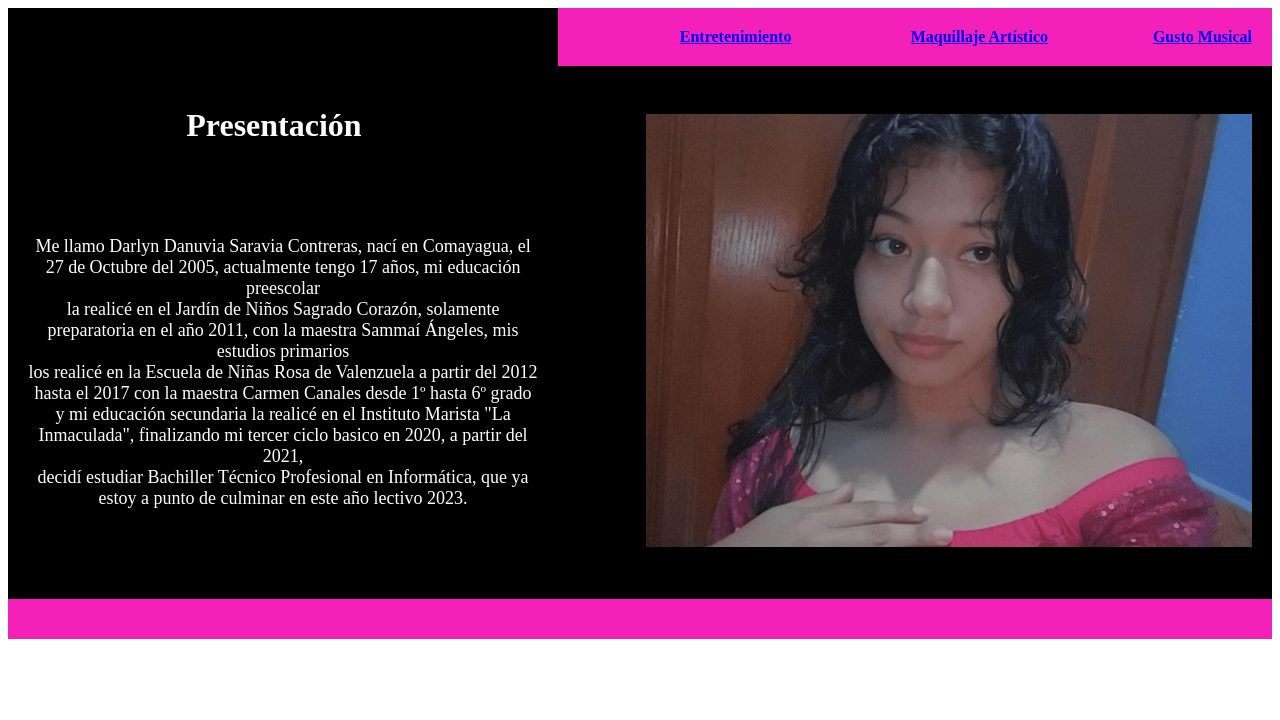
Repository: darlyn-saravia27/portafolio-darlynsaravia
Page: archivoshtml/index.html
An editor plug-in stored every save of this project. The page is shown before and after the next save, followed by the edit.
The browser window is 1280 px wide. The pictures show the whole page.

Above is the page before, as saved 2023-03-05 03:38:21.

### archivoshtml/index.html
<!DOCTYPE html>
<html lang="en">
<head>
    <meta charset="UTF-8">
    <meta http-equiv="X-UA-Compatible" content="IE=edge">
    <meta name="viewport" content="width=device-width, initial-scale=1.0">
    <title>Mi Portafolio Web</title>
</head>
<body>
    <table align="center" cellspacing="0" cellpadding="20%" width="100%">
    <tr align="center" bgcolor="black">
        <td>-----------------------------------------------------------------------------------</td>
        <td align="right" bgcolor="F321BA"><font color="white"><strong><a href="entretenimiento.html">
            Entretenimiento</a></strong></font></td>
        <td align="right" bgcolor="F321BA"><font color="white"><strong><a href="maquillaje.html">
            Maquillaje Artístico</a></strong></font></td>
        <td align="right" bgcolor="F321BA"><font color="white"><strong><a href="gustomusical.html">
            Gusto Musical</a></strong></font></td>
    </tr>
    <tr bgcolor="#000000">
        <td align="center">
            <h1><font color="white">Presentación</font>></h1>
            <br>
            <br>
            <br>
            <p><font color="white" size="4"> Me llamo Darlyn Danuvia Saravia Contreras, nací en Comayagua,
                el 27 de Octubre del 2005, actualmente tengo 17 años, mi educación preescolar <br>la realicé
                en el Jardín de Niños Sagrado Corazón, solamente preparatoria en el año 2011,
                con la maestra Sammaí Ángeles, mis estudios primarios <br>los realicé en la
                Escuela de Niñas Rosa de Valenzuela a partir del 2012 hasta el 2017 con
                la maestra Carmen Canales desde 1º hasta 6º grado <br>y mi educación secundaria la
                realicé en el Instituto Marista "La Inmaculada", finalizando
                mi tercer ciclo basico en 2020, a partir del 2021, <br>decidí estudiar Bachiller
                Técnico Profesional en Informática, que ya estoy a punto de culminar en este año lectivo 2023.</font>
            </p>
            <br>
            <br>
            <br>
        </td>
        <td align="right" colspan="3">
            <img src="foto.png" alt="Darlyn Saravia" width="90%" height="90%">
        </td>
    </tr>
    <tr bgcolor="F321BA" border color="F321BA">
        <td rowspan="2"></td>
        <td rowspan="2"></td>
        <td rowspan="2"></td>
        <td rowspan="2"></td>
    </tr>
</body>
</html>

After the next save:
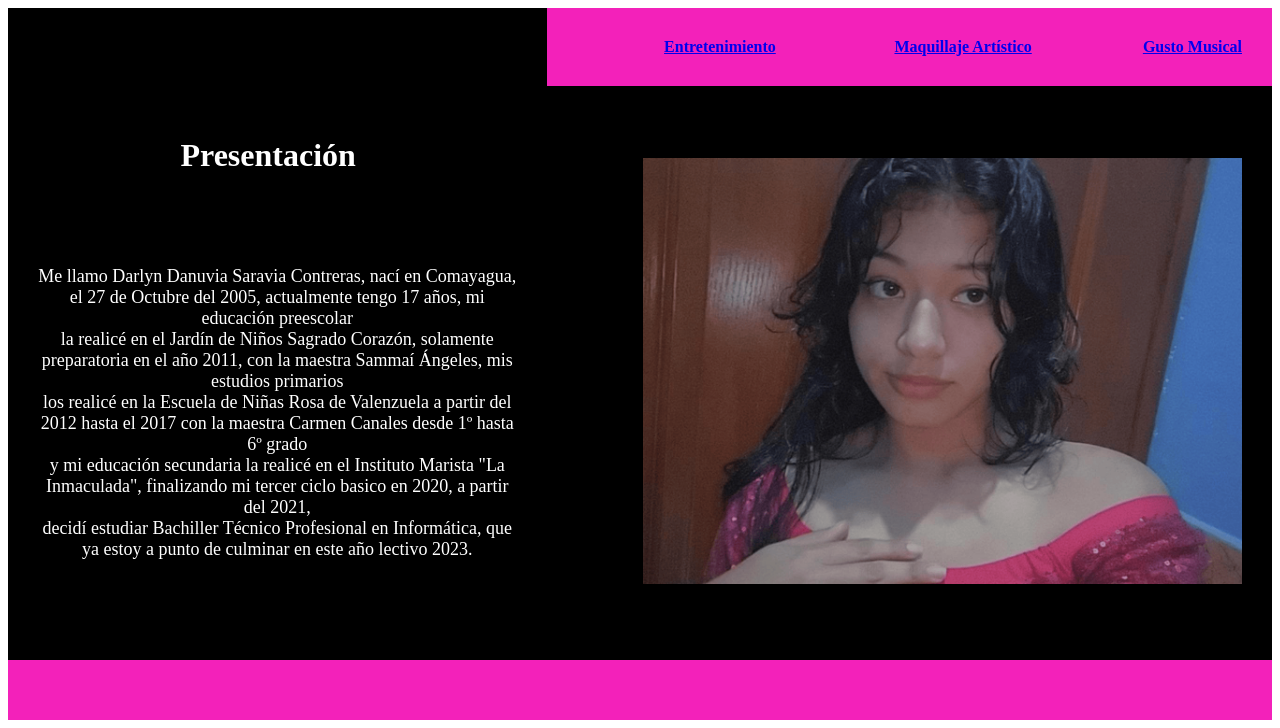
Saved 65 s later.
--- a/archivoshtml/index.html
+++ b/archivoshtml/index.html
@@ -7,7 +7,7 @@
     <title>Mi Portafolio Web</title>
 </head>
 <body>
-    <table align="center" cellspacing="0" cellpadding="20%" width="100%">
+    <table align="center" cellspacing="0" cellpadding="30%" width="100%">
     <tr align="center" bgcolor="black">
         <td>-----------------------------------------------------------------------------------</td>
         <td align="right" bgcolor="F321BA"><font color="white"><strong><a href="entretenimiento.html">
